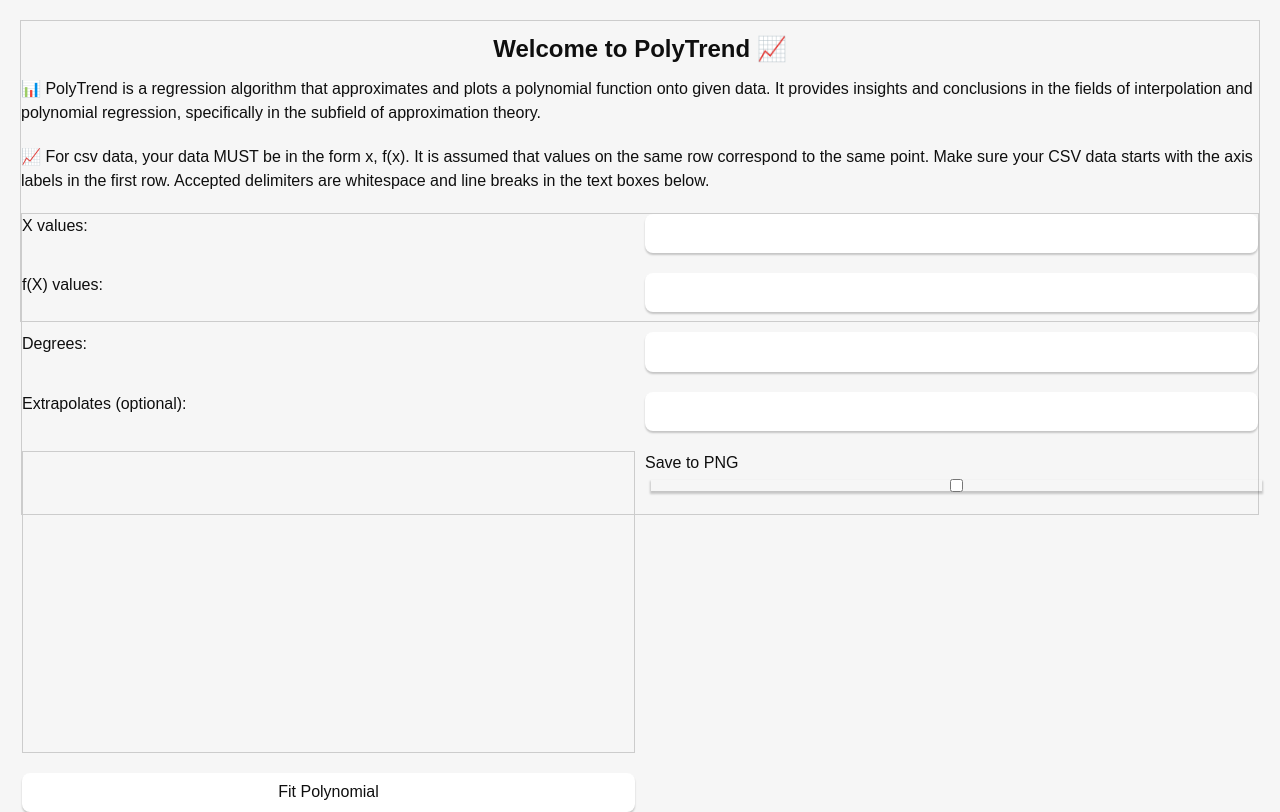
Repository: asiimwemmanuel/polytrend
Page: / (app in polytrend-desktop-app/)
The author's editor kept a copy of each file at every save. The page is drawn from the files as they stood at one save, then again after the next save.
The browser window is 1280 px wide. The pictures show the whole page.
The project was rebuilt for these pictures with package versions that can differ from the ones it lists, and the page was loaded fresh each time. Also part of the build but not shown: polytrend-desktop-app/vite.config.js.

Above is the page before, as saved 2023-11-14 12:00:34.

After the next save:
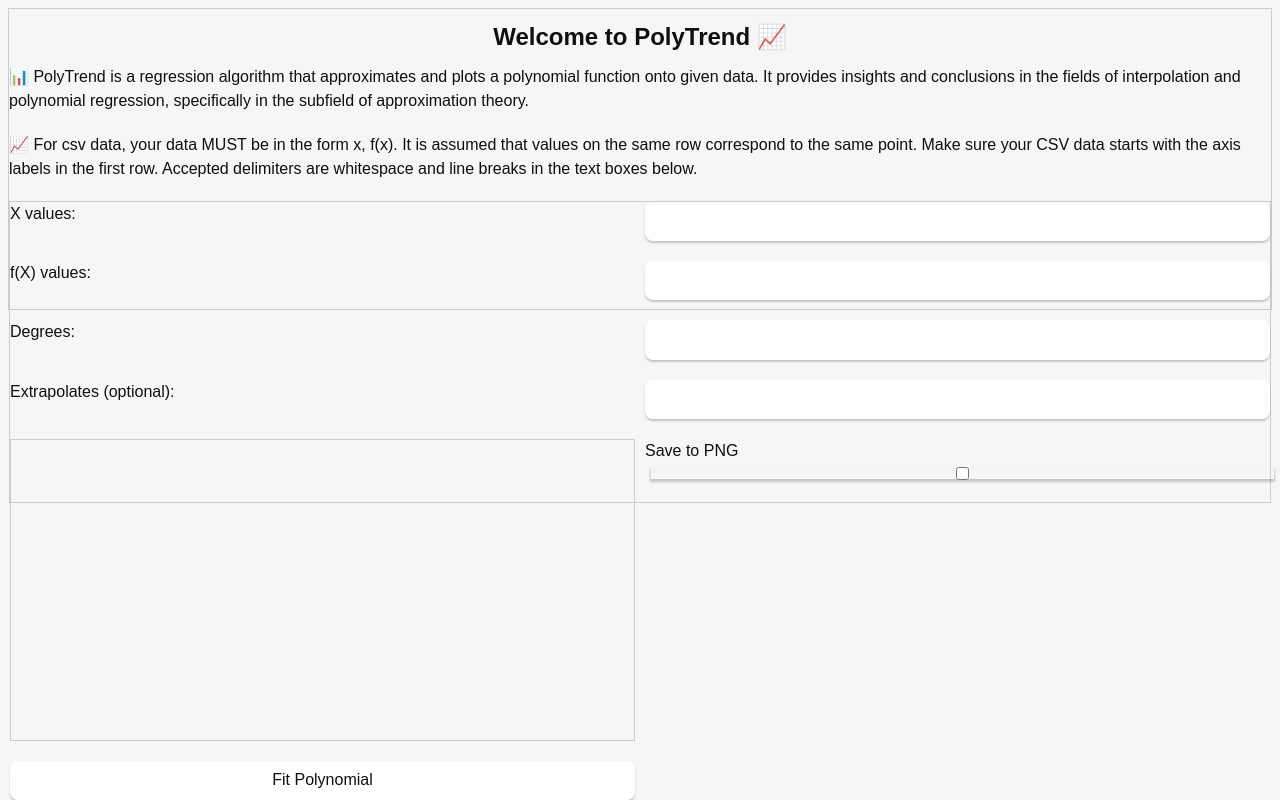
Saved 29 s later.
--- a/polytrend-desktop-app/src/App.css
+++ b/polytrend-desktop-app/src/App.css
@@ -1,6 +1,6 @@
 body {
 font-family: Arial, sans-serif;
-margin: 20px;
+/* margin: 20px; */
 }
 
 h1 {

After the save that followed:
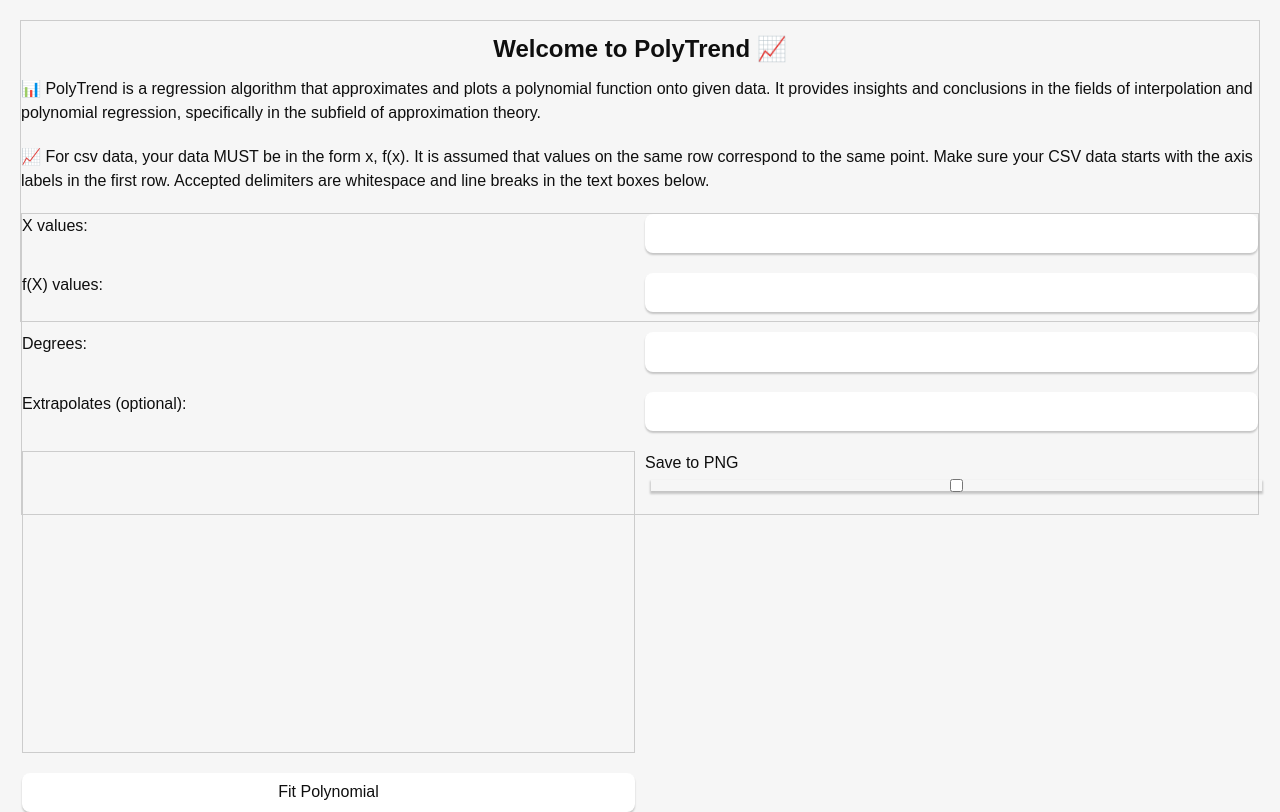
Saved 6 s later.
--- a/polytrend-desktop-app/src/App.css
+++ b/polytrend-desktop-app/src/App.css
@@ -1,6 +1,6 @@
 body {
 font-family: Arial, sans-serif;
-/* margin: 20px; */
+margin: 20px;
 }
 
 h1 {
